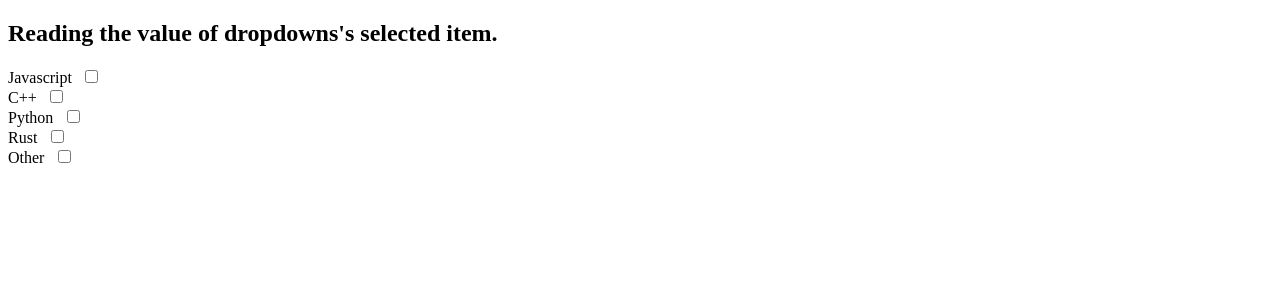
Repository: ishanbassi/iotasol-assignments
Page: /iotasol/work-4
The author's editor kept a copy of each file at every save. The page is drawn from the files as they stood at one save, then again after the next save.
The browser window is 1280 px wide. The pictures show the whole page.
The project was rebuilt for these pictures with package versions that can differ from the ones it lists, and the page was loaded fresh each time. The framework's server and built-in components were replaced by stand-ins that run in the browser.

Above is the page before, as saved 2022-11-08 11:11:28.

### pages/_app.tsx
import "../styles/global.css"
export default function App({Component,ComponentProps}){
    return(
        <Component {...ComponentProps}/>
    )
}

### pages/iotasol/work-4.tsx
export default function App() {
    const showResult = (e)  => {
        e.preventDefault()
        const form = new FormData(e.target)
        console.log(form.get('languages'))
    }
    return (
        <>
            <h2>Reading the value of dropdowns's selected item.</h2>
            <form onSubmit={showResult}>

                    <div>
                        <label>
                        Javascript
                        <input  type="checkbox" value="Javascript" name="programming language"/>

                        </label>
                    </div>
                    <div>
                        <label>
                        C++
                        <input type="checkbox" value="C++" name="programming language"/>

                        </label>
                    </div>
                    <div>
                        <label>
                            Python
                            <input type="checkbox" value="Python" name="programming language"/>

                        </label>
                    </div>
                    <div>
                        <label>
                            Rust
                            <input type="checkbox" value="Rust" name="programming language"/>

                        </label>
                    </div>
                    <div>
                        <label>
                            Other
                            <input type="checkbox" value="Other" name="programming language"/>

                        </label>

                    </div>

            </form>
        </>

    )
}

### styles/global.css
input{
    margin-left:1em
}

After the next save:
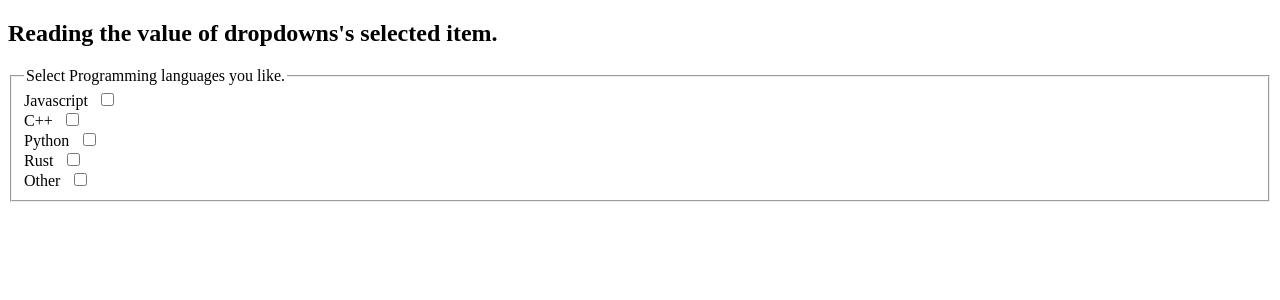
Saved 2 min 11 s later.
--- a/pages/iotasol/work-4.tsx
+++ b/pages/iotasol/work-4.tsx
@@ -8,7 +8,8 @@ export default function App() {
         <>
             <h2>Reading the value of dropdowns's selected item.</h2>
             <form onSubmit={showResult}>
-
+                <fieldset>
+                    <legend>Select Programming languages you like.</legend>
                     <div>
                         <label>
                         Javascript
@@ -45,7 +46,7 @@ export default function App() {
                         </label>
 
                     </div>
-
+                </fieldset>
             </form>
         </>
 
